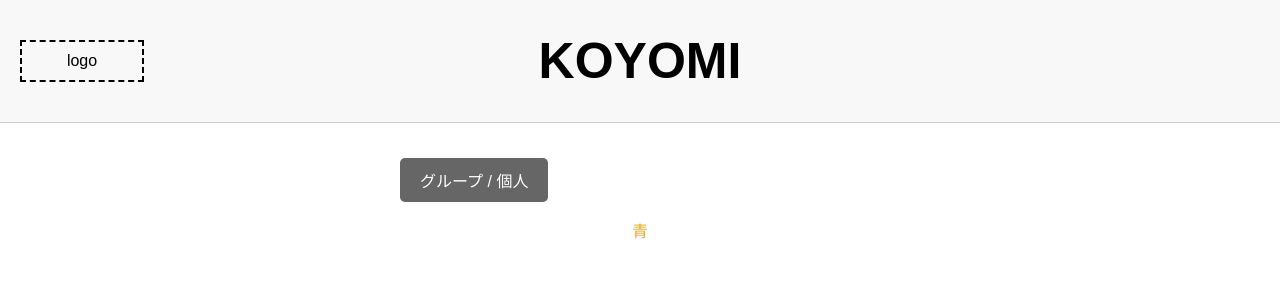
Repository: teramu0602/koyomi
Page: http://localhost/grouplist
These files come from the project's save history. The page is drawn as it stood at one moment and after the next save; the edit follows.
The browser window is 1280 px wide. The pictures show the whole page.
Some web fonts or font styles are not loaded; a fallback is used. The page is served by the project's Laravel application, run on PHP 8.4 with Laravel 9. Other server files are loaded and not shown. Style sheets and scripts are compiled from the project's sources, by tool versions that may differ from the author's.

Above is the page before, as saved 2025-02-22 09:49:23.

### routes/web.php
<?php

use Illuminate\Support\Facades\Route;
use App\Http\Controllers\CalendarController;
use App\Http\Controllers\PostController;
use App\Http\Controllers\Auth\LoginController;



/*
|--------------------------------------------------------------------------
| Web Routes
|--------------------------------------------------------------------------
|
| Here is where you can register web routes for your application. These
| routes are loaded by the RouteServiceProvider within a group which
| contains the "web" middleware group. Now create something great!
|
*/

Route::get('/', function () {
    return view('welcome');
});

Route::get('/admin', function () {
    return view('layouts/admin');
});

Route::get('/admin/home', function () {
    return view('calender/home');
});

Route::get('/custom-login', [LoginController::class, 'showLoginForm'])->name('custom.login');
Route::post('/custom-login', [LoginController::class, 'login'])->name('custom.login.submit');
Route::get('/custom-login', function () {
    return view('admin/login');
});

Route::get('/signup', function () {
    return view('admin/signup');
});
Auth::routes();

Route::get('/home', [App\Http\Controllers\HomeController::class, 'index'])->name('home');



Route::get('/calendar', function () {
    return view('calender/calendar');
})->name('calendar');

Route::get('/calendar/{year}/{month}', [CalendarController::class, 'show'])->name('calendar.show');
Route::get('/admin/home/{year}/{month}', [CalendarController::class, 'showAdmin'])->name('calendar.admin.show');

Route::get('/admin/home', [CalendarController::class, 'index']);

Route::get('/grouplist', function () {
    return view('admin/group_list');
});

### resources/views/admin/group_list.blade.php
@extends('layouts.admin_calender')
<head>
<link href="{{ asset('css/common.admin.css') }}" rel="stylesheet">
</head>

@section('content')
<div class = "container">
<button class="switch_button" onclick="toggleMode()">グループ / 個人</button>
</div>
<p class = "purple">青</p>
@endsection

### resources/views/layouts/admin_calender.blade.php
<!DOCTYPE html>
<html lang="{{ app()->getLocale() }}">
    <head>
        <meta charset="utf-8">
        <meta http-equiv="X-UA-Compatible" content="IE=edge">
        <meta name="viewport" content="width=device-width, initial-scale=1">
        <meta name="csrf-token" content="{{ csrf_token() }}">

        <title>@yield('title')</title>

        <script src="{{ asset('js/app.js') }}" defer></script>

        <link rel="dns-prefetch" href="https://fonts.gstatic.com">
        <link href="https://fonts.googleapis.com/css?family=Raleway:300,400,600" rel="stylesheet" type="text/css">

        <link href="{{ asset('css/admin.css') }}" rel="stylesheet">


    </head>

   <header>
        <div class="logo">logo</div>
        <h1 class="service-name">KOYOMI</h1>
        @yield('drop_menu')
    </header>

    <main>
    @yield('content')
    </main>
    <body>
    </body>

</html>

### public/css/common.admin.css
html, body {
    width: 100%;
    margin: 0; /* 不要なマージンを削除 */
    padding: 0; /* 不要なパディングを削除 */
}

button {
    background-color: orange;
    color: white;
    border: none;
    border-radius: 5px;
    cursor: pointer;
    margin: 0;
    margin-top: 35px;
    font-size: 16px;
    display: flex ;
    justify-content: flex-end ;
  }




.purple {
    color: orange;
}

.switch_button{
    display: flex ;
    justify-content: flex-end ;


}
.container {

}

### resources/sass/admin.scss
@charset "UTF-8";
body {
  font-family: Arial, sans-serif;
  text-align: center;
  margin: 0;
  padding: 0;
}

header {
  display: flex;
  justify-content: center;
  align-items: center;
  width: 100%;

  padding: 40px 0px 40px 0px;
  background-color: #f8f8f8;
  border-bottom: 1px solid #ccc;
}

.logo {
  border: 2px dashed black;
  padding: 10px;
  width: 100px;
  text-align: center;
  margin-right: auto;
  margin-left: 20px;
}

.service-name {
  font-size: 50px;
  position: absolute; /* ページ全体に対して中央配置 */
  left: 50%;
  transform: translateX(-50%); /* 画面の中央に配置 */
  text-align: center; /* 中央揃え */
}

main {
  margin-top: 0px;
  background: linear-gradient(to bottom, orange 0%, white 0%);
}

h2 {
  font-size: 22px;
  margin-bottom: 50px;
}

form {
  display: flex;
  flex-direction: column;
  align-items: center;
  gap: 10px;
}

label {
  font-weight: bold;
}

input {
  width: 300px;
  padding: 8px;
  border: 1px solid #ccc;
  border-radius: 4px;
}

button {
  background-color: #666;
  color: white;
  padding: 10px 20px;
  border: none;
  border-radius: 5px;
  cursor: pointer;
  margin-top: 35px;
  font-size: 16px;
}

button:hover {
  background-color: #444;
}

.login-link {
  margin-top: 40px;
  font-size: 14px;
  color: #555;
}

.checkbox {
  margin: 30px;
  display: flex; /* 横並びにする */
  align-items: center;
  margin-right: 170px;
}

.checkbox input[type=checkbox] {
  margin-right: 10px; /* チェックボックスとテキストの間隔 */
}

.remember {
  font-size: 14px;
}

input#remember {
  width: 10px; /* 幅を300pxに設定 */
  height: 20px; /* 高さを13pxに設定 */
}

.checkbox label {
  font-weight: normal;
}

table {
  width: 100%;
  border-collapse: collapse;
}

td {
  border: 1px solid grey;
  text-align: left; /* 左揃え */
  vertical-align: top; /* 上揃え */

  padding: 0px 0px 150px 0px;

}

th {
  background: white;
  text-align: center;
  padding: 10px;
}

.sunday {
  background: pink;
  color: red;
}

.red {
  color: red;
}

.saturday {
  background: pink;
  color: blue;
}

.blue{
  color: blue;
}

.next-month {
  background: #ccc;
  color: #666;
}

.month_toggle {
  text-decoration: none;
  color: black;
}

.nav-item {
  list-style: none;
  margin-right: 20px;
}

.pink {
  color: pink;
  background-color: purple;
}
.prev-month, .next-month {
  background: #ccc;
  color: #666;
}

.switch {
  background-color: orange;
  padding: 0px 0px 35px 0px;
  font-size: 20px;
}

.who {
  background-color: palegoldenrod;
  font-size: 20px;
  margin-right: 400px;
}

.switch_button{
  margin-left: 400px;
}

table {
  width: 80%; /* テーブルの幅を90%に設定 */
  margin-left: auto; /* 左側の空白 */
  margin-right: auto; /* 右側の空白 */
  margin-bottom: 50px;
}

Loaded but not shown: app/Http/Controllers/Auth/ConfirmPasswordController.php (common file); app/Http/Controllers/Controller.php (common file)

After the next save:
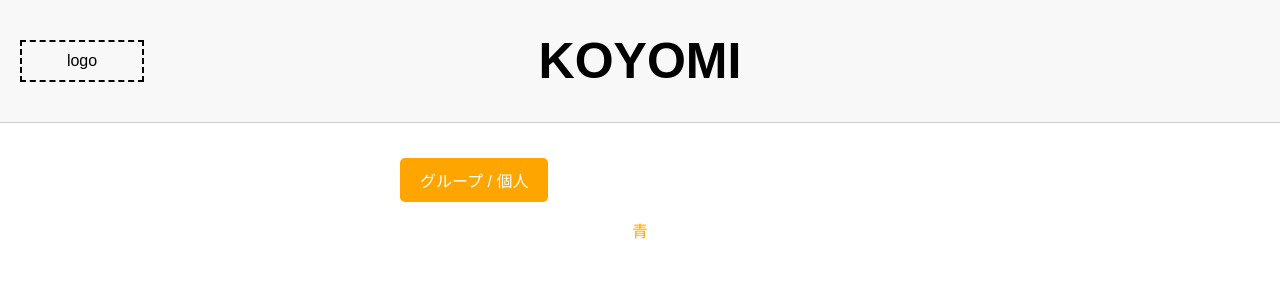
Saved 80 s later.
--- a/public/css/common.admin.css
+++ b/public/css/common.admin.css
@@ -5,7 +5,7 @@
 }
 
 button {
-    background-color: orange;
+    background-color: orange !important;
     color: white;
     border: none;
     border-radius: 5px;

After the 2 saves that followed:
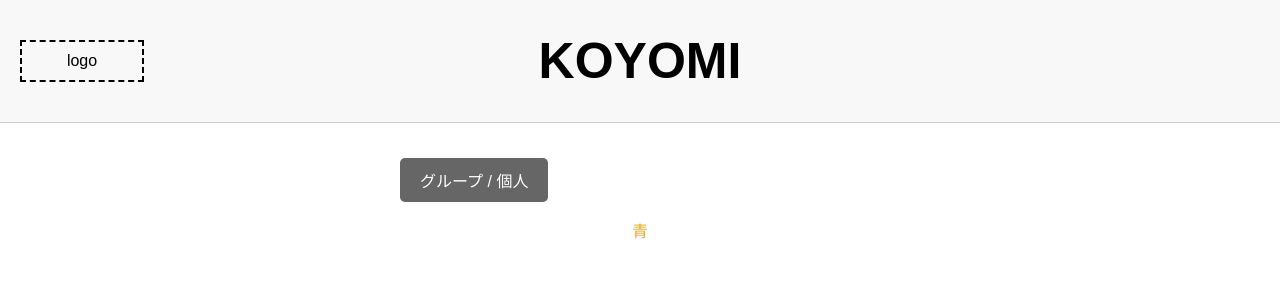
The 2 saves are shown as one change because 1 left the picture as it was.
The last was saved 115 s later.
--- a/public/css/common.admin.css
+++ b/public/css/common.admin.css
@@ -4,9 +4,9 @@
     padding: 0; /* 不要なパディングを削除 */
 }
 
-button {
+.parent button {
     background-color: orange !important;
-    color: white;
+    color: red;
     border: none;
     border-radius: 5px;
     cursor: pointer;
